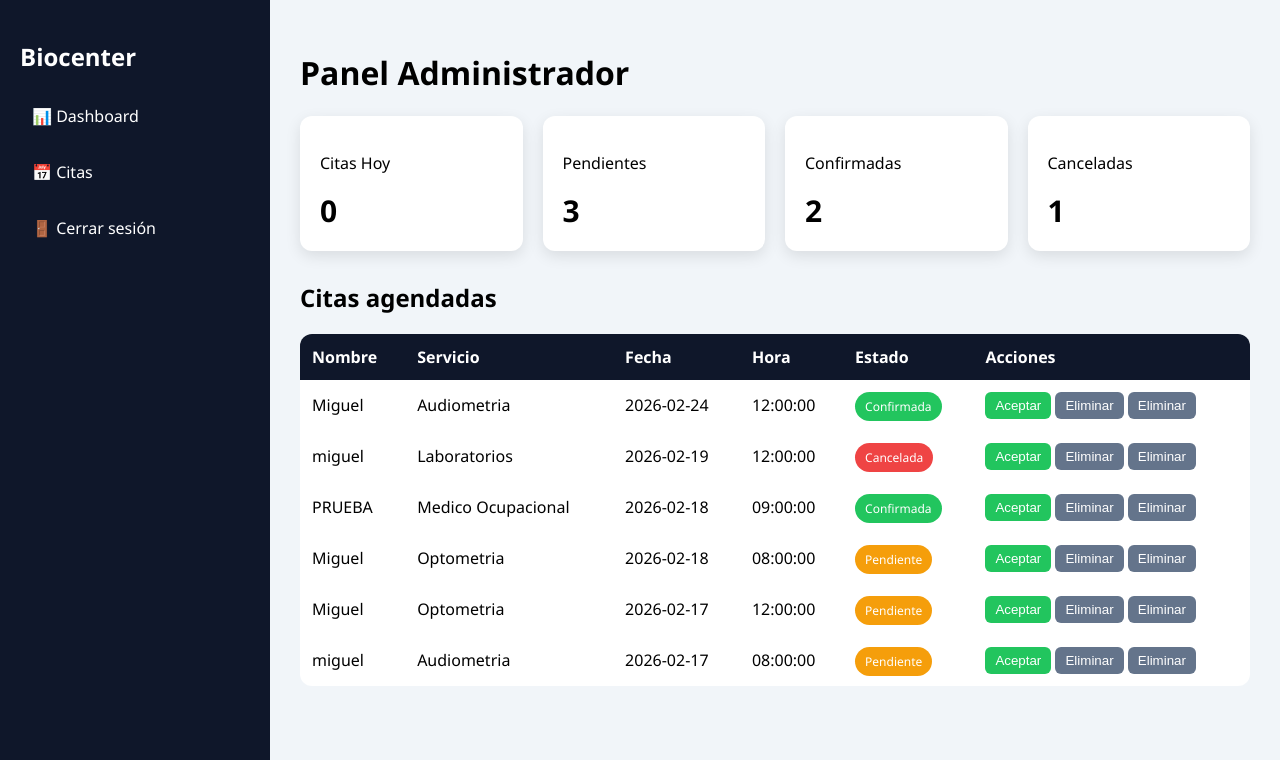
Repository: Miguelperdomo/Biocenter
Page: http://localhost/public_html/PHP/panel.php
These files come from the project's save history. The page is drawn as it stood at one moment and after the next save; the edit follows.
The browser window is 1280 px wide. The pictures show the whole page.
The page is run by PHP 8.4 with error messages shown; the project is at /var/www/html/. The session is filled in as if someone had signed in: {"admin": {"id": 1, "usuario": "admin", "email": "perdomomiguel2004@gmail.com"}}. Other server files are loaded and not shown. The database holds what the project's SQL file puts in it.

Above is the page before, as saved 2026-02-18 09:28:48.

### PHP/panel.php
<?php
session_start();
require "../conection/conexion.php";

if(!isset($_SESSION['admin'])){
    header("Location: ../login.php");
    exit();
}

/* CONTADORES */
$hoy = date("Y-m-d");

$citasHoy = $conn->query("SELECT COUNT(*) total FROM citas WHERE fecha='$hoy'")->fetch_assoc()['total'];
$pendientes = $conn->query("SELECT COUNT(*) total FROM citas WHERE estado='Pendiente'")->fetch_assoc()['total'];
$confirmadas = $conn->query("SELECT COUNT(*) total FROM citas WHERE estado='Confirmada'")->fetch_assoc()['total'];
$canceladas = $conn->query("SELECT COUNT(*) total FROM citas WHERE estado='Cancelada'")->fetch_assoc()['total'];

/* LISTAR CITAS */
$citas = $conn->query("SELECT * FROM citas ORDER BY fecha DESC, hora DESC");
?>

<!DOCTYPE html>
<html lang="es">
<head>
<meta charset="UTF-8">
<meta name="viewport" content="width=device-width, initial-scale=1.0">
<title>Panel Admin</title>

<style>
body{margin:0;font-family:'Segoe UI';display:flex;background:#f1f5f9;}
.sidebar{width:230px;background:#0f172a;height:100vh;color:white;padding:20px;}
.sidebar a{display:block;color:white;text-decoration:none;padding:12px;margin:10px 0;border-radius:6px;}
.sidebar a:hover{background:#2563eb;}
.main{flex:1;padding:30px;}

.cards{display:grid;grid-template-columns:repeat(auto-fit,minmax(200px,1fr));gap:20px;margin-bottom:30px;}
.card{background:white;padding:20px;border-radius:12px;box-shadow:0 5px 15px rgba(0,0,0,.1);}
.card h3{margin:0;font-size:30px;}

table{width:100%;border-collapse:collapse;background:white;border-radius:12px;overflow:hidden;}
th,td{padding:12px;text-align:left;}
th{background:#0f172a;color:white;}

.estado{
    padding:6px 10px;
    border-radius:20px;
    color:white;
    font-size:12px;
}
.pendiente{background:#f59e0b;}
.confirmada{background:#22c55e;}
.cancelada{background:#ef4444;}

.btn{padding:6px 10px;border:none;border-radius:6px;color:white;cursor:pointer;}
.accept{background:#22c55e;}
.cancel{background:#ef4444;}
.delete{background:#64748b;}


/* ================= RESPONSIVE PANEL ================= */

@media(max-width: 900px){

    body{
        flex-direction:column;
    }

    .sidebar{
        width:100%;
        height:auto;
        display:flex;
        justify-content:space-around;
        align-items:center;
        padding:10px;
    }

    .sidebar h2{
        display:none;
    }

    .sidebar a{
        margin:0;
        font-size:14px;
        padding:10px;
    }

    .main{
        padding:15px;
    }

    .cards{
        grid-template-columns:1fr 1fr;
        gap:10px;
    }

}

.modal{
    display:none;
    position:fixed;
    top:0;
    left:0;
    width:100%;
    height:100%;
    background:rgba(0,0,0,.6);
    justify-content:center;
    align-items:center;
    z-index:999;
}

.modal-content{
    background:white;
    padding:30px;
    border-radius:12px;
    text-align:center;
    width:90%;
    max-width:350px;
    animation:pop .3s ease;
}

.modal-content h2{ margin:10px 0; }

.modal-content button{
    padding:10px 20px;
    margin:10px;
    border:none;
    border-radius:6px;
    cursor:pointer;
    color:white;
}

@keyframes pop{
    from{transform:scale(.7);opacity:0;}
    to{transform:scale(1);opacity:1;}
}


/* ================= TABLA RESPONSIVE ================= */

@media(max-width:700px){

    .cards{
        grid-template-columns:1fr;
    }

    table{
        display:block;
        overflow-x:auto;
        white-space:nowrap;
    }

    th,td{
        font-size:14px;
        padding:10px;
    }

}

/* ================= BOTONES MOVIL ================= */

@media(max-width:500px){

    .btn{
        display:block;
        width:100%;
        margin-bottom:5px;
    }

}



</style>
</head>

<body>

<div class="sidebar">
<h2>Biocenter</h2>
<a href="#">📊 Dashboard</a>
<a href="#">📅 Citas</a>
<a href="logout.php">🚪 Cerrar sesión</a>
</div>

<div class="main">

<h1>Panel Administrador</h1>

<!-- CONTADORES -->
<div class="cards">
<div class="card"><p>Citas Hoy</p><h3><?=$citasHoy?></h3></div>
<div class="card"><p>Pendientes</p><h3><?=$pendientes?></h3></div>
<div class="card"><p>Confirmadas</p><h3><?=$confirmadas?></h3></div>
<div class="card"><p>Canceladas</p><h3><?=$canceladas?></h3></div>
</div>

<h2>Citas agendadas</h2>

<table>
<tr>
<th>Nombre</th>
<th>Servicio</th>
<th>Fecha</th>
<th>Hora</th>
<th>Estado</th>
<th>Acciones</th>
</tr>

<?php while($row=$citas->fetch_assoc()): ?>

<tr>
<td><?=$row['nombre_completo']?></td>
<td><?=$row['tipo_servicio']?></td>
<td><?=$row['fecha']?></td>
<td><?=$row['hora']?></td>

<td>
<span class="estado
<?=
$row['estado']=="Pendiente"?"pendiente":
($row['estado']=="Confirmada"?"confirmada":"cancelada")
?>">
<?=$row['estado']?>
</span>
</td>

<td>

<button class="btn accept" onclick="confirmarAccion(<?=$row['id']?>,'confirmar')">
Aceptar
</button>

<button type="button" class="btn delete" onclick="abrirModal(<?=$row['id']?>,'eliminar')">
Eliminar
</button>

<button class="btn delete" onclick="confirmarAccion(<?=$row['id']?>,'eliminar')">
Eliminar
</button>

<form id="formAccion" method="POST" action="./accion_cita.php">
<input type="hidden" name="id" id="idCita">
<input type="hidden" name="accion" id="tipoAccion">
</form>


</td>

</tr>
<div id="modalConfirm" class="modal">
  <div class="modal-content">
    <h2 id="tituloConfirm"></h2>
    <p id="textoConfirm"></p>

    <button class="btn accept" onclick="ejecutarAccion()">SI</button>
    <button class="btn delete" onclick="cerrarConfirm()">Cancelar</button>
  </div>
</div>

<div id="modalResult" class="modal">
  <div class="modal-content">
    <h2 id="tituloResult"></h2>
    <p id="textoResult"></p>
    <button onclick="cerrarResult()">Aceptar</button>
  </div>
</div>


<?php endwhile; ?>

</table>

</div>
</body>


<script>

let accionActual = "";
let citaActual = "";

function confirmarAccion(id, accion){

    citaActual = id;
    accionActual = accion;

    const modal = document.getElementById("modalConfirm");
    const titulo = document.getElementById("tituloConfirm");
    const texto = document.getElementById("textoConfirm");

    modal.style.display="flex";

    if(accion=="confirmar"){
        titulo.innerHTML="Confirmar cita";
        texto.innerHTML="¿Seguro que deseas ACEPTAR esta cita?";
    }

    if(accion=="cancelar"){
        titulo.innerHTML="Cancelar cita";
        texto.innerHTML="¿Seguro que deseas CANCELAR esta cita?";
    }

    if(accion=="eliminar"){
        titulo.innerHTML="Eliminar cita";
        texto.innerHTML="¿Seguro que deseas ELIMINAR esta cita?";
    }
}

function cerrarConfirm(){
    document.getElementById("modalConfirm").style.display="none";
}

function ejecutarAccion(){

    document.getElementById("idCita").value = citaActual;
    document.getElementById("tipoAccion").value = accionActual;

    document.getElementById("formAccion").submit();
}

function cerrarResult(){
    document.getElementById("modalResult").style.display="none";
}

/* MOSTRAR RESULTADO AUTOMATICO */

const params = new URLSearchParams(window.location.search);
const msg = params.get("msg");

if(msg){

    const modal = document.getElementById("modalResult");
    const titulo = document.getElementById("tituloResult");
    const texto = document.getElementById("textoResult");

    modal.style.display="flex";

    if(msg=="Confirmada"){
        titulo.innerHTML="✅ Cita Confirmada";
        texto.innerHTML="La cita fue aceptada correctamente.";
    }

    if(msg=="Cancelada"){
        titulo.innerHTML="❌ Cita Cancelada";
        texto.innerHTML="La cita fue cancelada correctamente.";
    }
}

</script>


</html>

### conection/conexion.php
<?php
$host="localhost";
$user="root";
$pass="";
$db="biocenter";

$conn=new mysqli($host,$user,$pass,$db);

if($conn->connect_error){
    die("Error de conexión");
}
?>

### biocenter (2).sql (the tables this page reads)
CREATE TABLE `citas` (
  `id` int(11) NOT NULL,
  `nombre_completo` varchar(150) NOT NULL,
  `email` varchar(120) NOT NULL,
  `telefono` varchar(20) NOT NULL,
  `tipo_servicio` enum('Medico Ocupacional','Optometria','Audiometria','Laboratorios') NOT NULL,
  `tipo_usuario` enum('Persona Natural','Empresa') NOT NULL,
  `fecha` date NOT NULL,
  `hora` time NOT NULL,
  `estado` enum('Pendiente','Confirmada','Cancelada') DEFAULT 'Pendiente',
  `fecha_registro` timestamp NOT NULL DEFAULT current_timestamp(),
  `observaciones` text DEFAULT NULL
) ENGINE=InnoDB DEFAULT CHARSET=utf8mb4 COLLATE=utf8mb4_general_ci;

INSERT INTO `citas` (`id`, `nombre_completo`, `email`, `telefono`, `tipo_servicio`, `tipo_usuario`, `fecha`, `hora`, `estado`, `fecha_registro`, `observaciones`) VALUES
(1, 'Miguel', 'sistemas@gamil.com', '3160539301', 'Optometria', 'Persona Natural', '2026-02-18', '08:00:00', 'Pendiente', '2026-02-17 17:58:15', 'Pruebaaa'),
(2, 'PRUEBA', 'thebugscompile@gmail.com', '3133854821', 'Medico Ocupacional', 'Empresa', '2026-02-18', '09:00:00', 'Confirmada', '2026-02-17 18:01:56', 'Purba'),
(3, 'miguel', 'biocentersaludocupacional@gmail.com', '3123591195', 'Laboratorios', 'Empresa', '2026-02-19', '12:00:00', 'Cancelada', '2026-02-17 18:03:08', 'sdfafaswdfasdf'),
(4, 'Miguel', 'thebugscompile@gmail.com', '3160539301', 'Optometria', 'Empresa', '2026-02-17', '12:00:00', 'Pendiente', '2026-02-17 18:10:38', 'sdds'),
(5, 'miguel', 'biocentersaludocupacional@gmail.com', '3133854821', 'Audiometria', 'Empresa', '2026-02-17', '08:00:00', 'Pendiente', '2026-02-17 18:13:50', 'VJF'),
(6, 'Miguel', 'thebugscompile@gmail.com', '3133854821', 'Audiometria', 'Empresa', '2026-02-24', '12:00:00', 'Confirmada', '2026-02-17 18:19:38', 'prueba');

ALTER TABLE `citas`
  ADD PRIMARY KEY (`id`);

ALTER TABLE `citas`
  MODIFY `id` int(11) NOT NULL AUTO_INCREMENT, AUTO_INCREMENT=8;

After the next save:
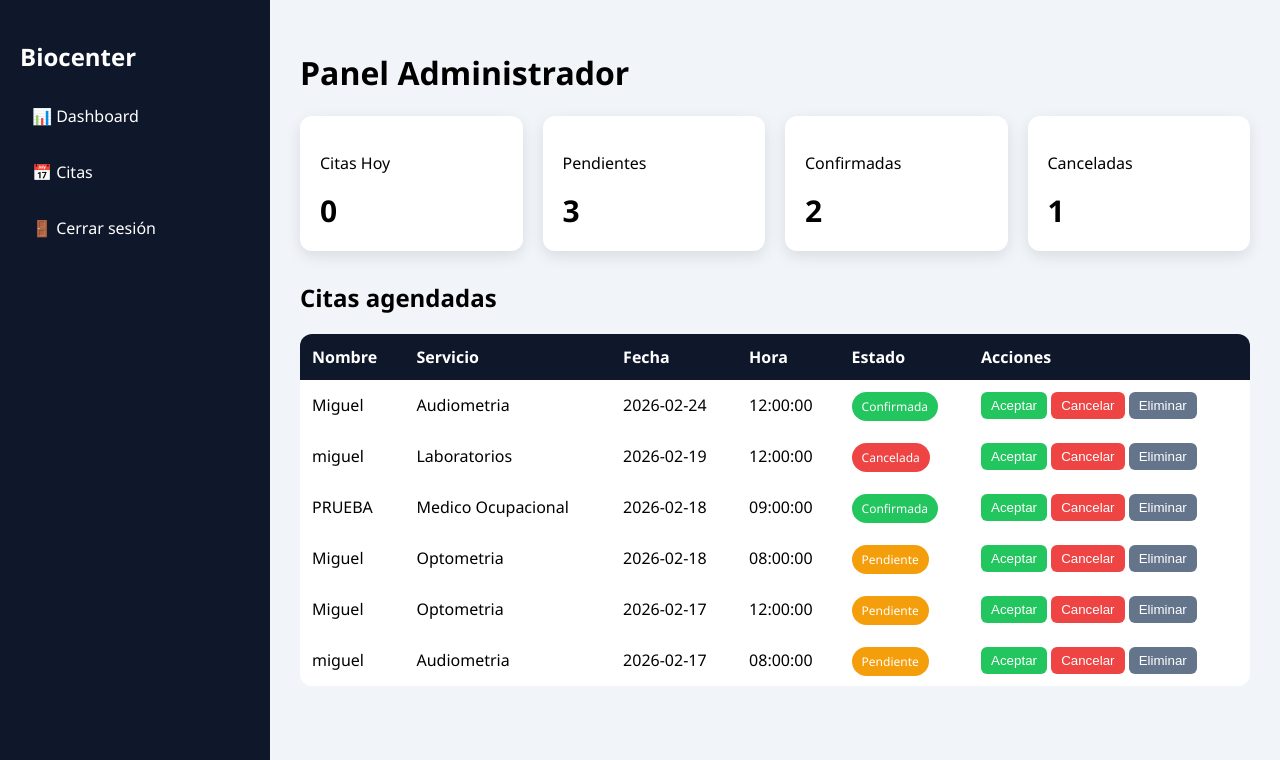
Saved 8 s later.
--- a/PHP/panel.php
+++ b/PHP/panel.php
@@ -230,8 +230,8 @@ $row['estado']=="Pendiente"?"pendiente":
 Aceptar
 </button>
 
-<button type="button" class="btn delete" onclick="abrirModal(<?=$row['id']?>,'eliminar')">
-Eliminar
+<button class="btn cancel" onclick="confirmarAccion(<?=$row['id']?>,'cancelar')">
+Cancelar
 </button>
 
 <button class="btn delete" onclick="confirmarAccion(<?=$row['id']?>,'eliminar')">
